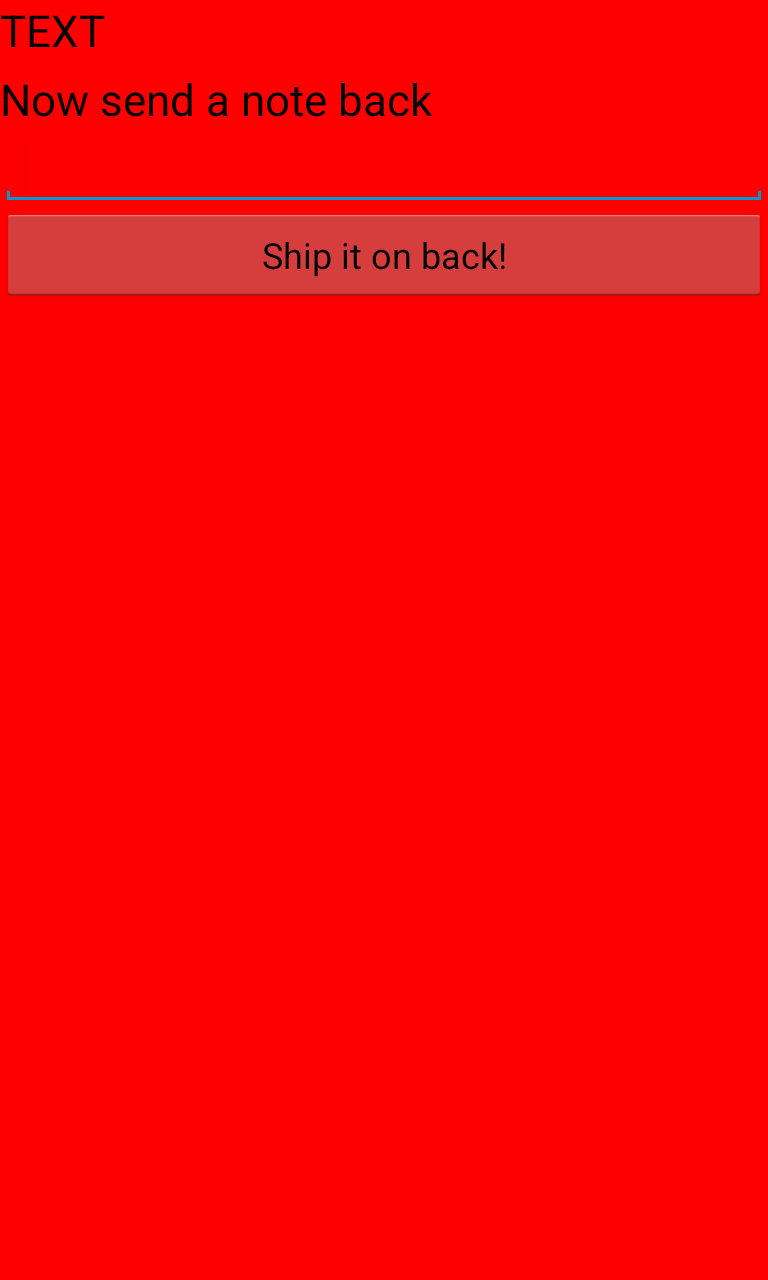
Repository: fsoDannis/FSO_JAVAII
Layout: JavaII_Week1/res/layout/activity_subscreen.xml
An editor plug-in stored every save of this project. The layout is shown before and after the next save, followed by the edit.
It is drawn on a 768 x 1280 px phone screen (xhdpi) without system bars, with theme AppTheme; the app's code is not run.

Above is the layout before, as saved 2013-05-10 00:48:52.

After the next save:
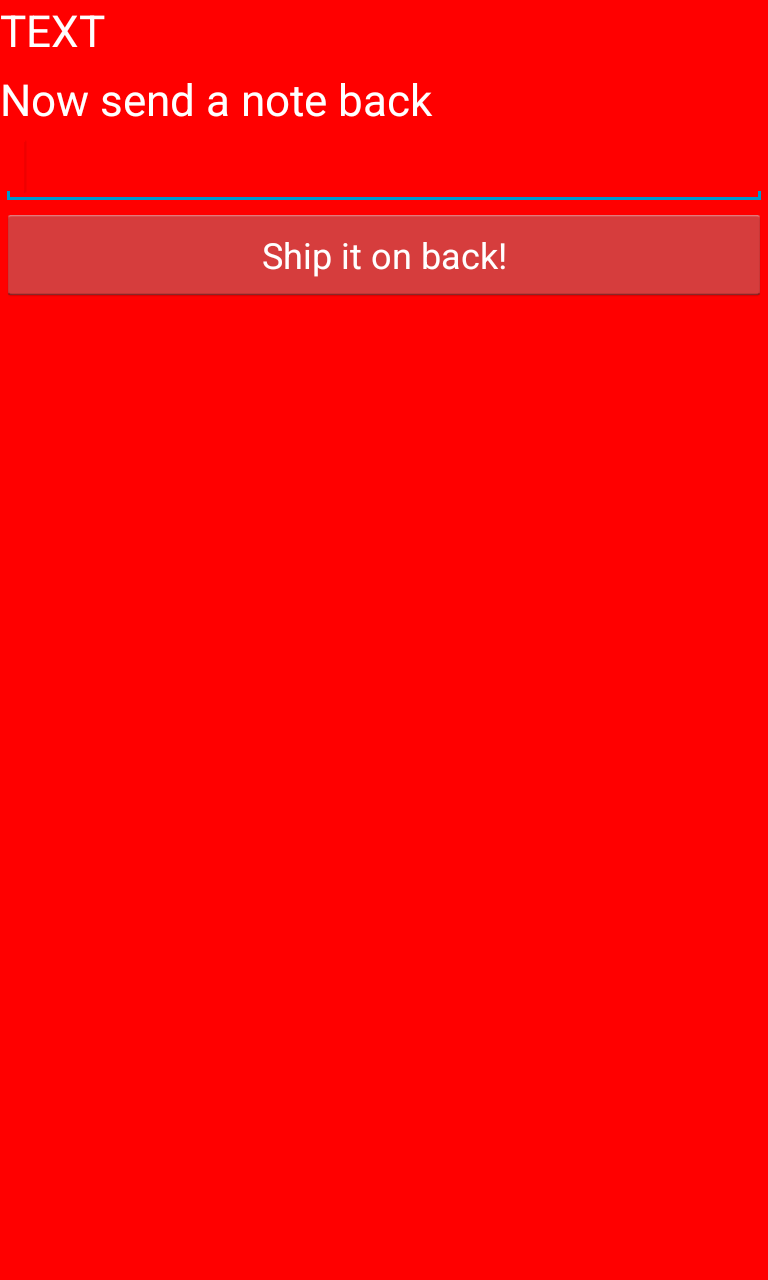
Saved 37 s later.
--- a/JavaII_Week1/res/layout/activity_subscreen.xml
+++ b/JavaII_Week1/res/layout/activity_subscreen.xml
@@ -9,7 +9,7 @@
         android:layout_width="match_parent"
         android:layout_height="wrap_content"
         android:textAppearance="?android:attr/textAppearanceLarge"
-        android:textColor="#000000"
+        android:textColor="#ffffff"
         android:layout_marginBottom="10px"
         android:text="TEXT"/>
     <TextView
@@ -17,7 +17,7 @@
         android:layout_width="match_parent"
         android:layout_height="wrap_content"
         android:textAppearance="?android:attr/textAppearanceLarge"
-        android:textColor="#000000"
+        android:textColor="#ffffff"
         android:text="Now send a note back"/>
     <EditText
         android:id="@+id/editText2"
@@ -31,5 +31,5 @@
         android:layout_width="match_parent"
         android:layout_height="wrap_content"
         android:text="Ship it on back!"
-        android:textColor="#000000"/>
+        android:textColor="#ffffff"/>
 </LinearLayout>
